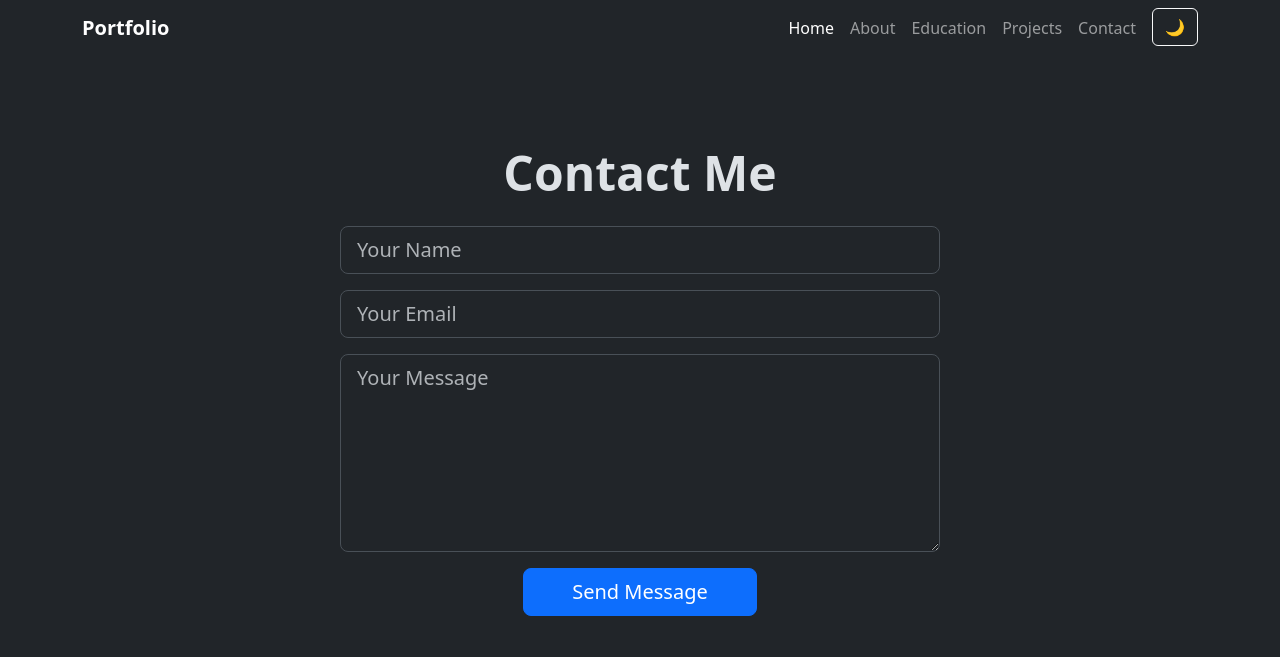
Repository: Shreyasaraf01/shreya-portfolio
Page: http://localhost/contact/
These files come from the project's save history. The page is drawn as it stood at one moment and after the next save; the edit follows.
The browser window is 1280 px wide. The pictures show the whole page.
The page is served by the project's application, run on Django 5.2 (manage.py).

Above is the page before, as saved 2025-09-13 23:39:17.

After the next save:
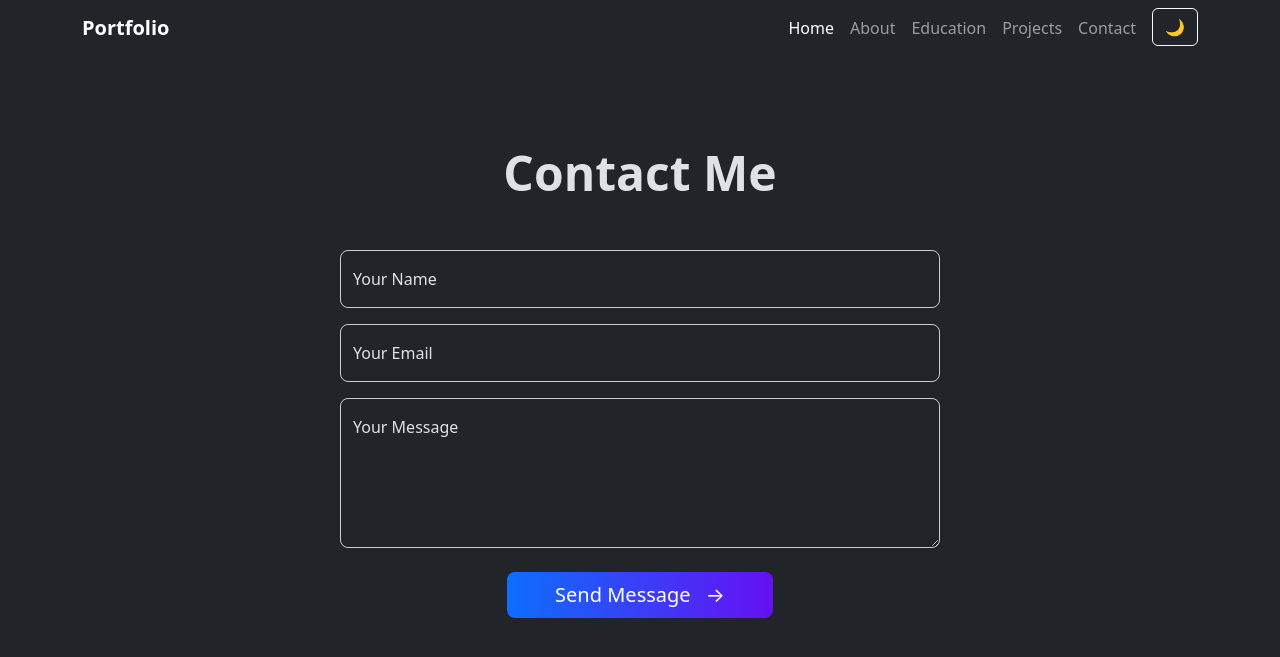
Saved 4 min 15 s later.
--- a/main/templates/main/contact.html
+++ b/main/templates/main/contact.html
@@ -3,7 +3,7 @@
 
 {% block content %}
 <div class="container py-5">
-  <h2 class="display-5 fw-bold text-center mb-4">Contact Me</h2>
+  <h2 class="display-5 fw-bold text-center mb-5">Contact Me</h2>
 
   <!-- Display messages -->
   {% if messages %}
@@ -23,20 +23,75 @@
   {% endif %}
 
   <!-- Contact Form -->
-  <form method="post" class="mx-auto" style="max-width:600px;">
+  <form method="post" class="mx-auto contact-form" style="max-width:600px;">
     {% csrf_token %}
-    <div class="mb-3">
-      <input type="text" class="form-control form-control-lg" name="name" placeholder="Your Name" required>
+
+    <!-- Floating Label: Name -->
+    <div class="form-floating mb-3">
+      <input type="text" class="form-control form-control-lg" id="floatingName" name="name" placeholder="Your Name" required>
+      <label for="floatingName">Your Name</label>
     </div>
-    <div class="mb-3">
-      <input type="email" class="form-control form-control-lg" name="email" placeholder="Your Email" required>
+
+    <!-- Floating Label: Email -->
+    <div class="form-floating mb-3">
+      <input type="email" class="form-control form-control-lg" id="floatingEmail" name="email" placeholder="Your Email" required>
+      <label for="floatingEmail">Your Email</label>
     </div>
-    <div class="mb-3">
-      <textarea class="form-control form-control-lg" name="message" rows="6" placeholder="Your Message" required></textarea>
+
+    <!-- Floating Label: Message -->
+    <div class="form-floating mb-4">
+      <textarea class="form-control form-control-lg" id="floatingMessage" name="message" placeholder="Your Message" style="height:150px;" required></textarea>
+      <label for="floatingMessage">Your Message</label>
     </div>
+
+    <!-- Animated Submit Button -->
     <div class="text-center">
-      <button type="submit" class="btn btn-primary btn-lg px-5">Send Message</button>
+      <button type="submit" class="btn btn-gradient btn-lg px-5">
+        <span class="btn-text">Send Message</span>
+        <span class="btn-arrow">→</span>
+      </button>
     </div>
   </form>
 </div>
+
+<!-- Custom Styles -->
+<style>
+/* Dark/Light mode friendly */
+.contact-form .form-control {
+    background-color: var(--bs-body-bg);
+    color: var(--bs-body-color);
+    border-radius: 0.5rem;
+    border: 1px solid #ccc;
+}
+
+.contact-form .form-control:focus {
+    border-color: #0d6efd;
+    box-shadow: 0 0 0 0.25rem rgba(13,110,253,.25);
+}
+
+/* Animated button */
+.btn-gradient {
+    position: relative;
+    overflow: hidden;
+    background: linear-gradient(90deg, #0d6efd, #6610f2);
+    border: none;
+    color: #fff;
+    transition: all 0.3s ease;
+}
+
+.btn-gradient:hover {
+    transform: translateY(-3px);
+    box-shadow: 0 5px 15px rgba(0,0,0,0.2);
+}
+
+.btn-gradient .btn-arrow {
+    display: inline-block;
+    margin-left: 10px;
+    transition: margin-left 0.3s ease;
+}
+
+.btn-gradient:hover .btn-arrow {
+    margin-left: 20px;
+}
+</style>
 {% endblock %}
